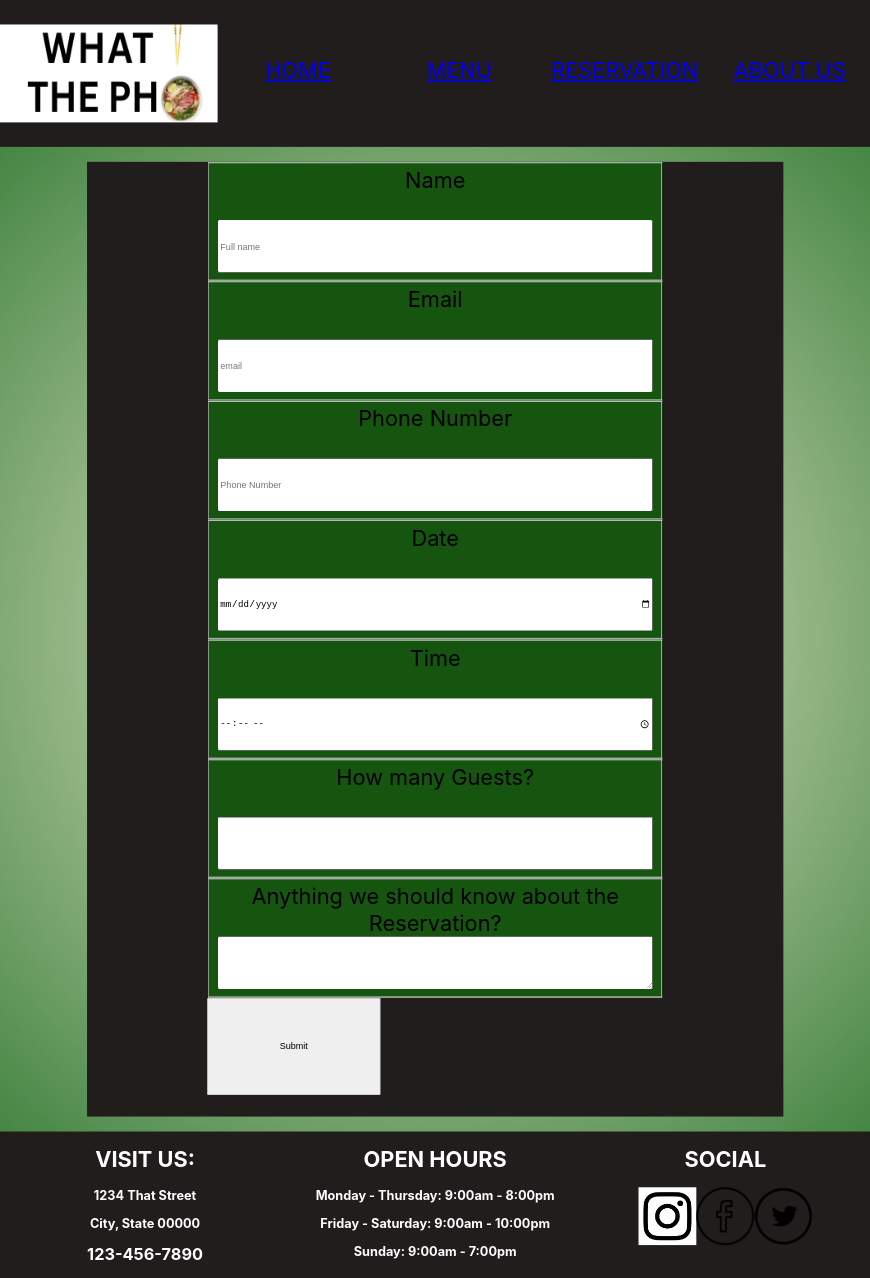
Repository: NguyenkhDang/Restaurant-Website
Page: /reservation
These files come from the project's save history. The page is drawn as it stood at one moment and after the next save; the edit follows.
The browser window is 1280 px wide. The pictures show the whole page, at 68% of full size.
The project was rebuilt for these pictures with package versions that can differ from the ones it lists, and the page was loaded fresh each time. Also part of the build but not shown: src/CSS/Readmore.css, src/Readmore.js, src/CSS/SectionContainer.css, src/SectionContainer.js, src/CSS/Home.css, src/Pages/HomePage.js, src/Pages/MenuPage.js, src/Pages/AboutUsPage.js and 1 more.

Above is the page before, as saved 2026-01-18 15:07:19.

### src/index.js
import React from 'react';
import ReactDOM from 'react-dom/client';
import './index.css';
import App from './App';
import reportWebVitals from './reportWebVitals';
import { BrowserRouter } from "react-router-dom";


const root = ReactDOM.createRoot(document.getElementById("root"));
root.render(
  <BrowserRouter>
    <App />
  </BrowserRouter>
);

// If you want to start measuring performance in your app, pass a function
// to log results (for example: reportWebVitals(console.log))
// or send to an analytics endpoint. Learn more: https://bit.ly/CRA-vitals
reportWebVitals();

### src/App.js

import './App.css';

import NavigationBar from './NavigationBar';
import Footer from "./Footer"
import {Routes, Route} from "react-router-dom"



import HomePage from "./Pages/HomePage"
import MenuPage from "./Pages/MenuPage"
import ReservationPage from "./Pages/ReservationPage"
import AboutUsPage from "./Pages/AboutUsPage"
import ContactUsPage from "./Pages/ContactUsPage"

function App() {


  return (
    <div className="home">
      <NavigationBar />

      <Routes>
        <Route path="/" element={<HomePage />} />
        <Route path="/menu" element={<MenuPage />} />
        <Route path="/reservation" element={<ReservationPage />} />
        <Route path="/aboutUs" element={<AboutUsPage />} />
        <Route path="contactUs" element={<ContactUsPage />} />
      </Routes>

      <Footer />
  </div>
);
}

export default App;

### src/App.css
html{
  -ms-overflow-style: none;
  scrollbar-width: none;
}

.home {
  display: grid;
  margin: 0;
  padding: 0;

  background: radial-gradient(
    circle,
    rgba(245, 240, 213, 1) 0%,
    rgba(38, 115, 42, 1) 100%
  );
  place-items: center;
  text-align: center;
  color: white;
}


html::-webkit-scrollbar {
  display: none;
}

### src/NavigationBar.js
import "./CSS/NavigationBar.css"
import Logo from "./image/CustomLogo2.png"
import { Link } from "react-router-dom"
const NavigationBar = () =>{



  return (
    <div className="navbar">
      <div className="logoImage">
        <img src= {Logo} />
      </div>
      <div className="wholeNavBar">
        <ul>
          <li>
            <Link to="/">HOME</Link>
          </li>
          <li>
            <Link to="/menu">MENU</Link>
          </li>
          <li>
            <Link to="/reservation">RESERVATION</Link>
          </li>
          <li>
            <Link to="/aboutUs">ABOUT US</Link>
          </li>
        </ul>

      </div>
    </div>
  )


}

export default NavigationBar

### src/Footer.js
import "./CSS/Footer.css"
import InstagramIcon from "./image/instagramIcon.png"
import FacebookIcon from "./image/facebookIcon.png"
import TwitterIcon from "./image/twitterIcon.png"
const Footer = () =>{

  return(
    <div className="footer">
      <div>
        <h1>VISIT US:</h1>
        <h3>1234 That Street</h3>
        <h3>City, State 00000</h3>

        <h2>123-456-7890</h2>
      </div>
      <div>
        <h1>OPEN HOURS</h1>
        <h3>Monday - Thursday: 9:00am - 8:00pm</h3>
        <h3>Friday - Saturday: 9:00am - 10:00pm</h3>
        <h3>Sunday: 9:00am - 7:00pm</h3>
      </div>
      <div>
        <h1>SOCIAL</h1>
        <a href="https://www.instagram.com/" target="_blank"><img src={InstagramIcon}/></a>
        <a href="https://www.facebook.com/" target="_blank"><img src={FacebookIcon}/></a>
        <a href="https://x.com/" target="_blank"><img src={TwitterIcon}/></a>
      </div>

    </div>
  )

}

export default Footer

### src/Pages/ReservationPage.js
import ReservationForm from "../ReservationForm"


const ReservationPage = () =>{
  return(
    <>
      <ReservationForm />
    </>
  )
}

export default ReservationPage

### src/CSS/NavigationBar.css
.navbar{
  background-color: rgb(34, 29, 29);
  display: grid;
  grid-template-columns: 25% 75%;
  width: 100vw;
  height: 25vh;
  padding-top: 5vh;
}
.wholeMavBar{
  float: right;
  height: 10vh;
}

.logoImage img{
  height: 20vh;
  width: 25vw;
  object-fit: fill;
  object-position: center;
}

ul{
  align-items: center;
  list-style-type: none;
  display: grid;
  place-items: center;
  grid-template-columns: 1fr 1fr 1fr 1fr;
  margin-top: 5%;
  padding: 0;
}
li a{
  font-size: 2em;
  text-align: center;
  padding: 14px 16px;
}

li a:hover{
  background-color: #c5b1b1;
}

### src/CSS/Footer.css
.footer{
  background-color: rgb(34, 29, 29);
  display: grid;
  grid-template-columns: repeat(3, 1fr);
  width: 100vw;
}

.footer img{
  width: 20%;
}

### src/ReservationForm.js
import { useRef, useState } from "react"
import "./CSS/ReservationForm.css"
const ReservationForm = () =>{

  const [phoneNumberLength, setPhoneNumberLength] = useState("")

  const formRef= useRef(null)


  const PhoneNumber = (e) =>{

    let value = e.target.value;
    value = value.replace(/\D/g, "");
    if (value.length > 3 && value.length <=6){
      value = `(${value.slice(0, 3)}) ${value.slice(3)}`;
    } else if (value.length > 6) {
    value = `(${value.slice(0, 3)}) ${value.slice(3, 6)}-${value.slice(6, 10)}`;
    }
    setPhoneNumberLength(value)
  }


  const handleSubmit = (e)=>{

    e.preventDefault();
    const url = "https://script.google.com/macros/s/AKfycbx0FabLb-KOBm8n_JP2SJcp21AE1aox7vxr3D2p_FfrtZs8dIHl3N9UMOriMfEaySY/exec"

    fetch(url,{
      method:"POST",
      body: new FormData(formRef.current)
    } ).then(() => {
      alert("Reservation Submitted ");
    }).catch((error) => console.log(error))
  };

  return (
    <div className = "reservationForm">
      <form className="form" ref = {formRef} onSubmit={handleSubmit}>
        <fieldset>
          <label for="name">Name</label>
          <input
            type="text"
            name="Name"
            id="name"
            placeholder="Full name"
            required
          />
        </fieldset>
        <fieldset>
          <label for="email">Email</label>
          <input
            type="email"
            name="Email"
            id="email"
            placeholder="email"
            required
          />
        </fieldset>
        <fieldset>
          <label for="phone">Phone Number</label>
          <input
            type="text"
            name="Phone"
            id="phone"
            value={phoneNumberLength}
            onChange={PhoneNumber}
            placeholder="Phone Number"
          />
        </fieldset>
        <fieldset>
          <label for="date">Date</label>
          <input
            type="date"
            name="Date"
            id="date"
            required
          />
        </fieldset>

        <fieldset>
          <label for="time">Time</label>
          <input
            type="time"
            name="Time"
            id="date"
            required
          />
        </fieldset>

        <fieldset>
          <label for="guests">How many Guests?</label>
          <input
            type="number"
            name="Guests"
            id="guests"
            required
          />
        </fieldset>
        <fieldset>
          <label for="comment">Anything we should know about the Reservation?</label>
          <textarea
            name="Comment"
            style={{
              width: "auto"
            }}
          />
        </fieldset>
      <button>Submit</button>
    </form>
    </div>
  )
}

export default ReservationForm

### src/CSS/ReservationForm.css
.reservationForm{
  width: 80vw;
  place-items: center;
  background-color: rgb(34, 29, 29);
  margin: 3vh 0;
}


.form{
  display: grid;
  grid-template-rows: repeat(8, 1fr);
  color: black;
}

.form fieldset{
  display: grid;
  grid-template-rows: repeat(2,1fr);
  background-color: rgb(21, 85, 16);
  width: 50vw;
}
.form fieldset label{
  font-size: 2em;
}
button{
  width: 20vw;
  height: 20vh;
}

Loaded but not shown: public/index.html (common file); src/index.css (common file); src/reportWebVitals.js (common file)

After the next save:
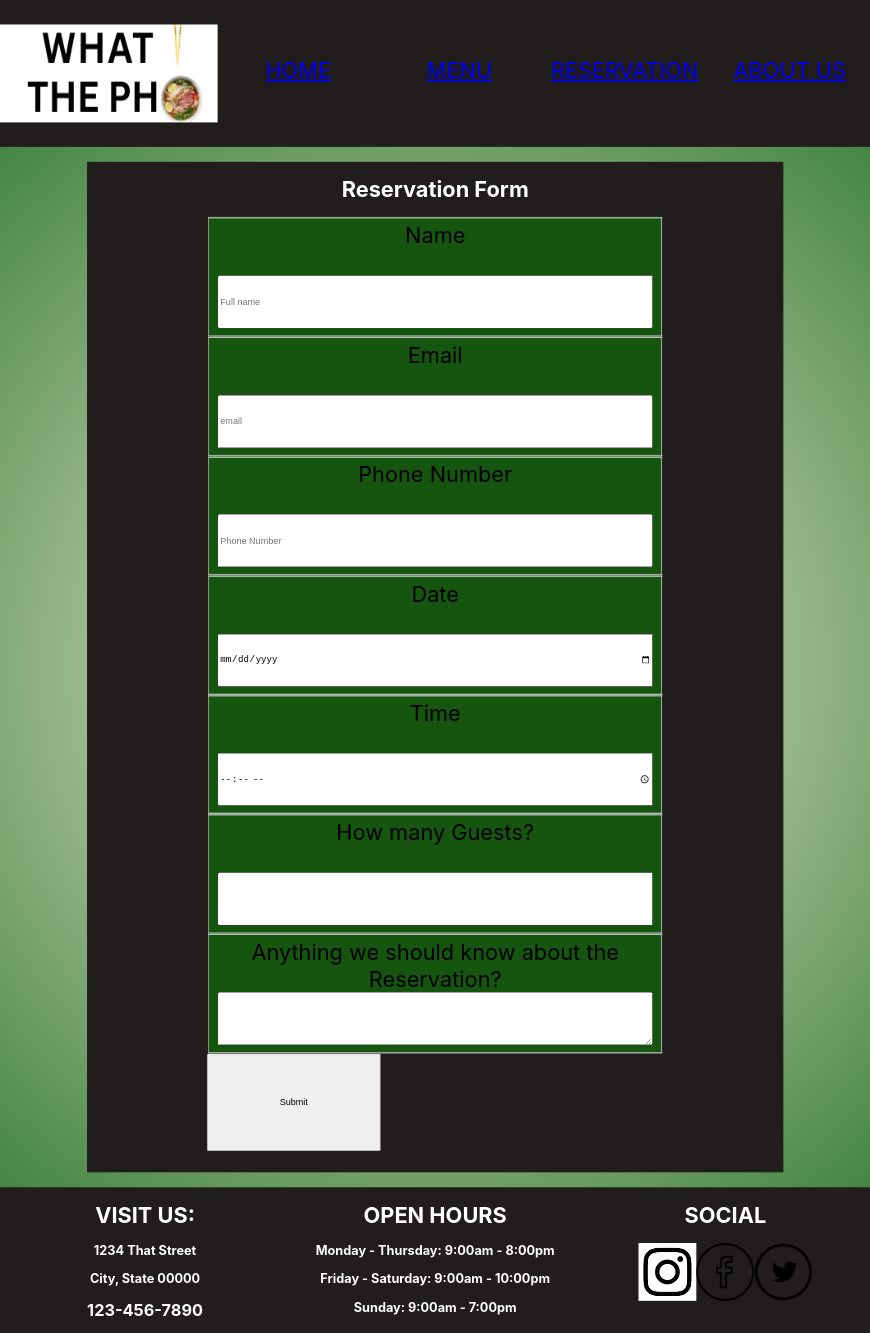
Saved 2 min 26 s later.
--- a/src/ReservationForm.js
+++ b/src/ReservationForm.js
@@ -35,6 +35,7 @@ const ReservationForm = () =>{
 
   return (
     <div className = "reservationForm">
+      <h1>Reservation Form</h1>
       <form className="form" ref = {formRef} onSubmit={handleSubmit}>
         <fieldset>
           <label for="name">Name</label>
